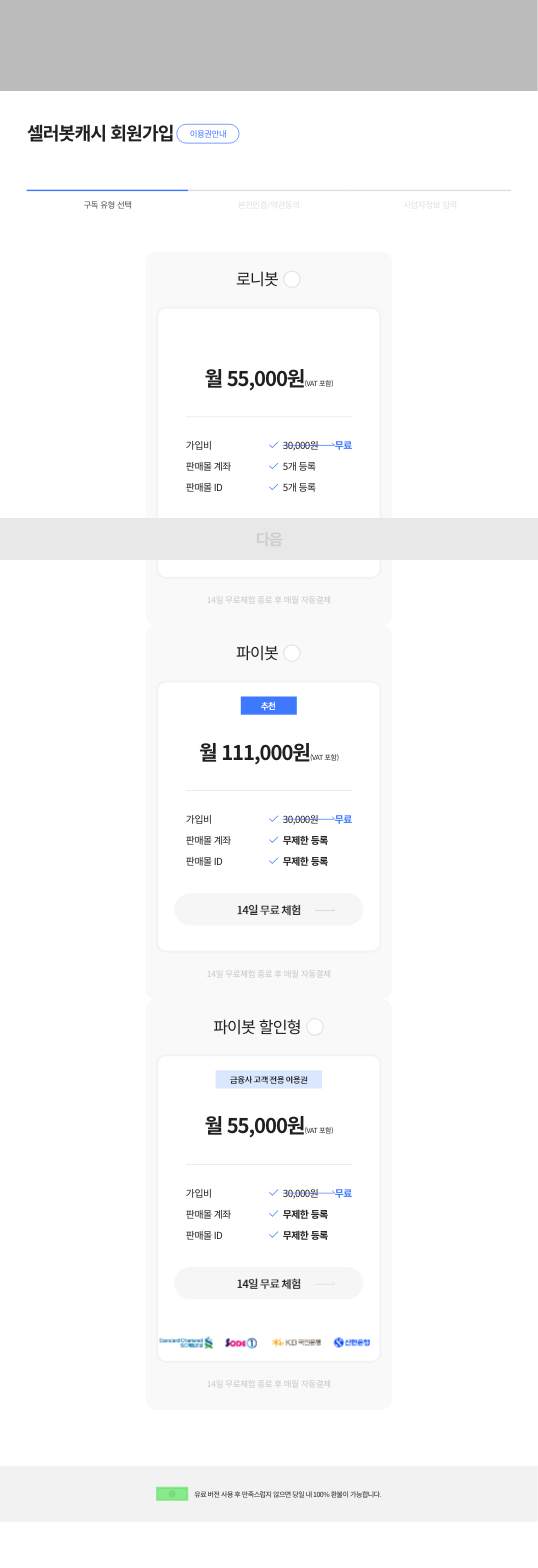
Repository: elemapfelr/ownServer
Page: test-server/web/sellerbot_signup/step_01.html
The author's editor kept a copy of each file at every save. The page is drawn from the files as they stood at one save, then again after the next save.
The browser window is 768 px wide. The pictures show the part of the page from y = 0 to 2240 px (the page is 5590 px tall), at 70% of full size.
The style sheet was rebuilt from its Sass, Less or Tailwind sources for each picture, by a compiler version that may differ from the author's.

Above is the page before, as saved 2023-03-10 17:25:22.

After the next save:
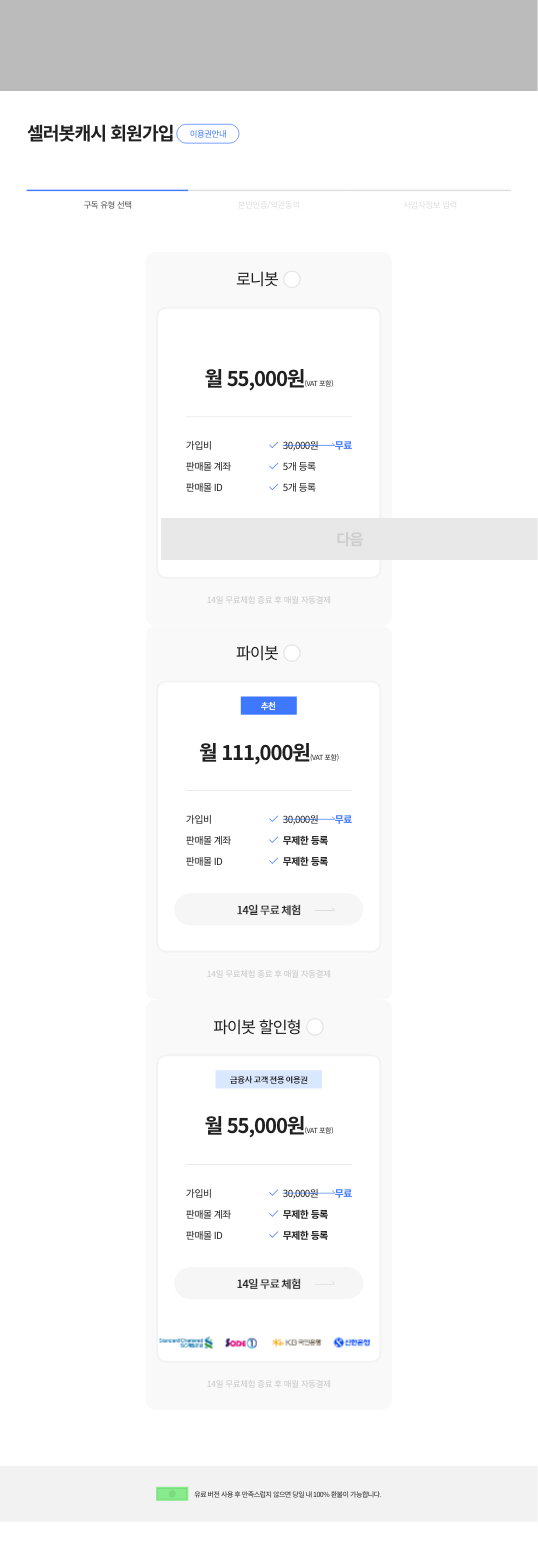
Saved 6 min 15 s later.
--- a/test-server/web/sellerbot_signup/css/scss/_common.scss
+++ b/test-server/web/sellerbot_signup/css/scss/_common.scss
@@ -322,9 +322,9 @@
 		}
 		.fixed{
 			top: auto;
-			right: auto;
+			right: 0;
 			bottom: 0;
-			width: 100%;
+			width: 70%;
 			justify-content: center;
 			background-color: #e8e8e8;
 			z-index: 1;

After the 3 saves that followed:
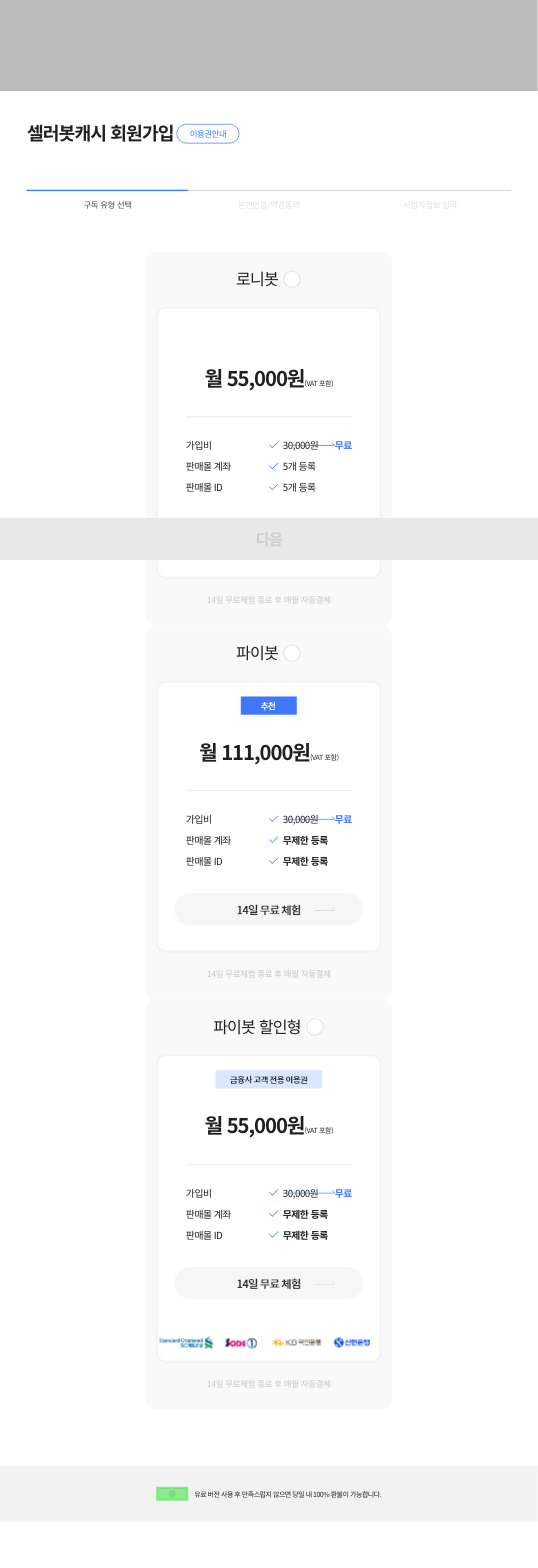
The 3 saves are shown as one change because 2 left the picture as it was.
The last was saved 118 s later.
--- a/test-server/web/sellerbot_signup/css/scss/_common.scss
+++ b/test-server/web/sellerbot_signup/css/scss/_common.scss
@@ -318,15 +318,13 @@
 @media only screen and (max-width: 900px) {
 	main{
 		.fixed2{
-			display: none;
-		}
-		.fixed{
 			top: auto;
-			right: 0;
+			left: 0;
+			right: auto;
 			bottom: 0;
-			width: 70%;
+			width: 30%;
 			justify-content: center;
-			background-color: #e8e8e8;
+			background-color: #f0f0f0;
 			z-index: 1;
 			padding: 12px 0;
 
@@ -336,6 +334,27 @@
 				font-size: 22px;
 				color: #cecece;
 			}
+		}
+		.fixed{
+			top: auto;
+			right: 0;
+			bottom: 0;
+			width: 100%;
+			justify-content: center;
+			background-color: #e8e8e8;
+			z-index: 1;
+			padding: 12px 0;
+
+			&._70{
+				width: 70%;
+			}
+
+			span{
+				display: block;
+				text-align: center;
+				font-size: 22px;
+				color: #cecece;
+			}
 
 			img{
 				display: none;
